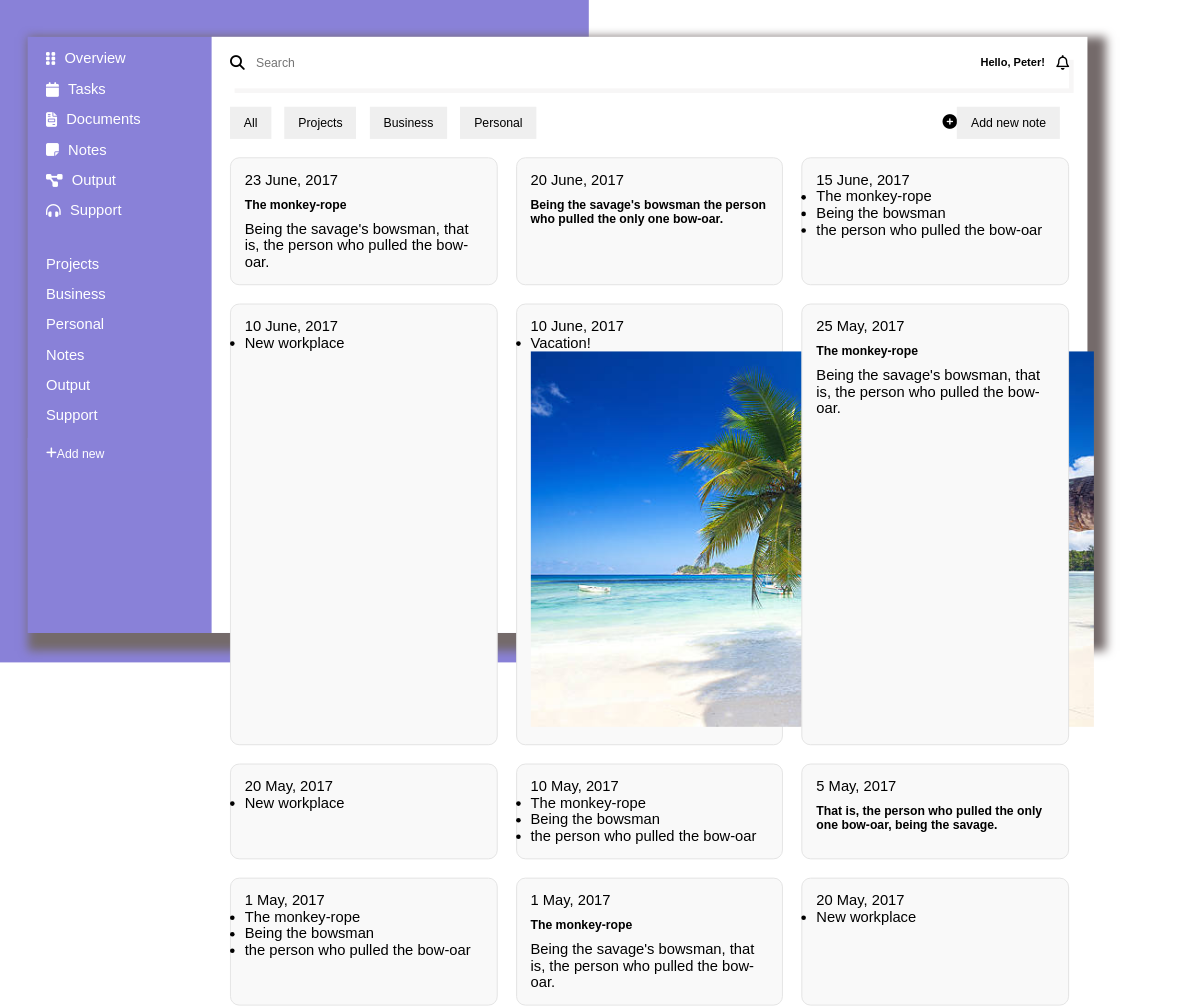
Repository: SatenikGabrielyan/HTML_CSS-_Assignment
Page: index.html
These files come from the project's save history. The page is drawn as it stood at one moment and after the next save; the edit follows.
The browser window is 1280 px wide. The pictures show the whole page, at 92% of full size.
Some web libraries are served in a nearby version.

Above is the page before, as saved 2025-03-18 00:51:53.

### index.html
<!DOCTYPE html>
<html lang="en">
  <head>
    <meta charset="UTF-8" />
    <meta name="viewport" content="width=device-width, initial-scale=1.0" />
    <title>Notes App</title>
    <link rel="stylesheet" href="./style.css" />
    <script src="https://kit.fontawesome.com/858d305f19.js" crossorigin="anonymous"></script>
</head>
  <body>
      <div class="cont">
          <div class="purp"></div>
          <div class="whit"></div>
      </div>
    <div class="container">
      <aside class="sidebar">
        <!-- <header class="circle">
            <i class="fa-regular fa-circle"></i>
        </header> -->
        <nav>
            <ul class="first">
                <li><i class="fa-solid fa-grip-vertical"></i>Overview</li>
                <li> <i class="fa-solid fa-calendar"></i>Tasks</li>
                <li><i class="fa-solid fa-file-invoice"></i>Documents</li>
                <li><i class="fa-solid fa-note-sticky"></i>Notes</li>
                <li><i class="fa-solid fa-diagram-project"></i>Output</li>
                <li><i class="fa-solid fa-headphones-simple"></i>Support</li>
            </ul>
            <ul class="second">
                <li>Projects</li>
                <li>Business</li>
                <li>Personal</li>
                <li>Notes</li>
                <li>Output</li>
                <li>Support</li>
            </ul>
        </nav>
        <button class="add-new"><i class="fa-solid fa-plus"></i>Add new</button>
        <div class="foot">

        </div>
    </aside>

    <main class="main-content">
       <div class="header">
            <i class="fas fa-search"></i>  <input type="text" placeholder="Search">
            <h3>Hello, Peter!</h3> <i class="fa-regular fa-bell"></i>
    </div>
    <div class="proj">
        <div class="but">
        <div class="tabs">
            <button>All</button>
            <button>Projects</button>
            <button>Business</button>
            <button>Personal</button>
        </div>
        <div >
            <i class="fa-solid fa-circle-plus"></i><button class="add tabs">Add new note</button>
        </div>
    </div>
        <!-- <div class="notes-grid">

            <div class="note-card">
                <h4>23 June, 2017</h4>
                <h5>The monkey-rope</h5>
                <p>Being the savage's bowsman, that is, the person who pulled the bow-oar.</p>
            </div>
            <div class="note-card">
                <h4>20 June, 2017</h4>
                <h5>Being the savage's bowsman</h5>
                <p>The person who pulled the only one bow-oar.</p>
            </div>
            <div class="note-card">
                <h4>1 June, 2017</h4>
                <h5>Vacation!</h5>
            </div>
            <div class="note-card">
                <h4>25 May, 2017</h4>
                <h5>The monkey-rope</h5>
                <p>Being the savage's bowsman, that is, the person who pulled the bow-oar.</p>
            </div>
            <div class="note-card">
                <h4>20 May, 2017</h4>
                <h5>New workplace</h5>
            </div>
            <div class="note-card">
                <h4>5 May, 2017</h4>
                <h5>That is, the person</h5>
                <p>Being the savage.</p>
            </div>
        </div> -->
        <div class="notes-grid">
            <div class="note-card">
                <h4>23 June, 2017</h4>
                <h5>The monkey-rope</h5>
                <p>Being the savage's bowsman, that is, the person who pulled the bow-oar.</p>
            </div>
            <div class="note-card">
                <h4>20 June, 2017</h4>
                <h5>Being the savage's bowsman the person who pulled the only one bow-oar.</h5>
            </div>
            <div class="note-card">
                <h4>15 June, 2017</h4>
                <ul>
                <li>The monkey-rope</li>
                <li>Being the bowsman</li>
                <li>the person who pulled the bow-oar</li>
            </ul>
            </div>
            <div class="note-card">
                <h4>10 June, 2017</h4>
                <ul>
                    <li>New workplace</li>
                </ul>
            </div>
            <div class="note-card">
                <h4>10 June, 2017</h4>
                <ul>
                    <li>Vacation!</li>
                </ul>
                <img src="./img/istockphoto-475903022-612x612.jpg" alt="">
            </div>
            <div class="note-card">
                    <h4>25 May, 2017</h4>
                    <h5>The monkey-rope</h5>
                    <p>Being the savage's bowsman, that is, the person who pulled the bow-oar.</p>
            </div>
            <div class="note-card">
                <h4>20 May, 2017</h4>
                <ul>
                    <li>New workplace</li>
                </ul>
            </div>
            <div class="note-card">
                <h4>10 May, 2017</h4>
                <ul>
                <li>The monkey-rope</li>
                <li>Being the bowsman</li>
                <li>the person who pulled the bow-oar</li>
            </ul>
            </div>
            <div class="note-card">
                <h4>5 May, 2017</h4>
                <h5>That is, the person who pulled the only one bow-oar, being the savage.</h5>
            </div>
            <div class="note-card">
                <h4>1 May, 2017</h4>
                <ul>
                <li>The monkey-rope</li>
                <li>Being the bowsman</li>
                <li>the person who pulled the bow-oar</li>
            </ul>
            </div>
            <div class="note-card">
                <h4>1 May, 2017</h4>
                <h5>The monkey-rope</h5>
                <p>Being the savage's bowsman, that is, the person who pulled the bow-oar.</p>
            </div>
            <div class="note-card">
                <h4>20 May, 2017</h4>
                <ul>
                    <li>New workplace</li>
                </ul>
            </div>
        </div>
    </div>
    </main>

    </div>

  </body>
</html>

### style.css
/* CSS Variables for Colors */
:root {
    --bg-color: #fbfbfb;
    --primary-color: #8981d8;
    --secondary-color: #d0d0d0;
    --text-color: #858499;
    --highlight-color: #7f77cc;
    --hover-color: rgba(137, 129, 216, 0.5);
  }


  * {
    margin: 0;
    padding: 0;
    box-sizing: border-box;
  }

  body {
    font-family: Arial, sans-serif;
    /* background-color: var(--bg-color); */
    display: flex;
    height: 100vh;
  }
  .wrapper{
    position: relative;
  }

  .cont{
      display: flex;
      width: 100%;
      position: relative;
      z-index: -1;
      border-radius: 10px;
  }
.purp {
    width: 50%;
    background-color: var(--primary-color);
    flex-direction: row;
}
.whit {
    width: 50%;
    /* background-color: lightgray; */
    flex-direction: row;
}
  .container {
    display: flex;
    width: 90%;
    height: 90%;

    box-shadow: 10px 10px 10px 10px rgb(116, 106, 106);
    margin-left: 30px;
    margin-right: 30px;
    margin-top: 40px;
    margin-bottom: 80px;
    background: center;
    position: absolute;
    z-index: 2;
  }

   .sidebar {
    width: 200px;
    background-color: var(--primary-color);
    color: #fff;
    display: flex;
    flex-direction: column;
    /* padding: 20px; */
  }

  /* .main-content li {
    float: left;
  }

  .main-content li a {
    display: block;
    color: white;
    text-align: center;
    padding: 14px 16px;
    text-decoration: none;
  }

  .main-content li a:hover:not(.active) {
    background-color: #111;
  } */
  /* .first {
    list-style-type: none;
     list-style: none;
} */
.first li {
    margin: 15px 0;
    display: flex;
    align-items: center;
    cursor: pointer;
    padding-left: 20px;
}
  .sidebar-header h2 {
    margin-bottom: 20px;
  }

  .first li i {
    margin-right: 10px;
  }
  .second {
      margin-top: 40px;
  }
 .second li {
    margin: 15px 0;
    display: flex;
    align-items: center;
    cursor: pointer;
    padding-left: 20px;
 }
 .second li::marker {
    color: red;
  }
  .main-content {
    background-color: white;
    /* width: 200px; */
    flex-grow: 1;
    flex: 1;
    /* padding-top: 20px; */
     padding: 20px;
    /* overflow-y: auto;  */
  }

   /* header {
    display: flex;
    justify-content: space-between;
    align-items: center;
    margin-bottom: 20px;
  } */

  /*
  .header-left p {
    font-size: 1.2em;
    color: var(--text-color);
  }

  .header-right {
    display: flex;
    align-items: center;
  }

  .header-right i {
    margin-right: 20px;
    cursor: pointer;
  }

  .add-note-btn {
    background-color: var(--primary-color);
    color: #fff;
    border: none;
    padding: 10px 20px;
    cursor: pointer;
    display: flex;
    align-items: center;
  }

  .add-note-btn i {
    margin-right: 10px;
  }


  .notes-grid {
    display: grid;
    grid-template-columns: repeat(auto-fill, minmax(300px, 1fr));
    gap: 20px;
  }

  .note-item {
    background-color: #fff;
    border-radius: 8px;
    box-shadow: 0 2px 4px rgba(0, 0, 0, 0.1);
    overflow: hidden;
    display: flex;
    flex-direction: column;
    padding: 20px;
  }

  .note-item img {
    width: 100%;
    height: auto;
    border-radius: 8px;
    margin-bottom: 15px;
  }

  .note-item p {
    color: var(--text-color);
    font-size: 1em;
    line-height: 1.5;
  }


  .sidebar-list li:hover {
    background-color: var(--highlight-color);
    transition: background-color 0.3s ease;
  }


  @media (max-width: 768px) {
    .container {
      flex-direction: column;
    }

    .sidebar {
      width: 100%;
      flex-direction: row;
      justify-content: space-around;
      padding: 10px;
    }

    .sidebar-list {
      display: flex;
      flex-direction: row;
      gap: 15px;
    }

    .sidebar-list li {
      margin: 0;
    }

    .main-content {
      padding: 10px;
    }

    header {
      flex-direction: column;
      align-items: flex-start;
    }

    .header-right {
      margin-top: 10px;
    }

    .notes-grid {
      grid-template-columns: 1fr;
    }

    .note-item {
      padding: 10px;
    }

    .note-item img {
      margin-bottom: 10px;
    }
  } */
  /* .sidebar {
    background-color: #5e4b9a;
    color: white;
    width: 300px;
    padding: 20px;
} */

/* .sidebar header {
    font-size: 24px;
}

.sidebar nav ul {
    list-style: none;
    padding: 0;
}

.sidebar nav ul li {
    margin: 15px 0;
} */

.add-new {
    background-color: var(--primary-color);
    color: white;
    border: none;
    padding: 10px;
    cursor: pointer;
    display: flex;
    padding-left: 20px;
}

.header {
    display: flex;
    width: 100%;
    justify-content: space-between;
    align-items: center;
    background-color: white;
    box-shadow: 5px  5px rgb(247, 246, 246);
    padding-bottom: 20px;
}

.header input {
    border: none;
    margin: 0;
    width: 85%;
}

.header h3 {
    margin: 0;
    font-size: 12px;
}

.tabs {
    margin: 20px 0;
}

.tabs button {
    margin-right: 10px;
    padding: 10px 15px;
    border: none;
    /* background-color: #e2e2e2; */
    cursor: pointer;
}
.tabs :hover {
    background-color: var(--highlight-color);
    transition: background-color 0.3s ease;
  }

.notes-grid {
    display: grid;
    grid-template-columns: repeat(auto-fill, minmax(240px, 1fr));
    gap: 20px;
}
.but{
    display: flex;
    flex-direction: row;
    justify-content: space-between;
}
.add {
    margin-right: 10px;
    padding: 10px 15px;
    border: none;
    cursor: pointer;
}

.note-card {
    border: 1px solid #e2e2e2;
    border-radius: 10px;
    padding: 15px;
    background-color: #f9f9f9;

}

.note-card h4 {
    margin: 0;
    font-weight: normal;
}

.note-card h5 {
    margin: 10px 0;
}

After the next save:
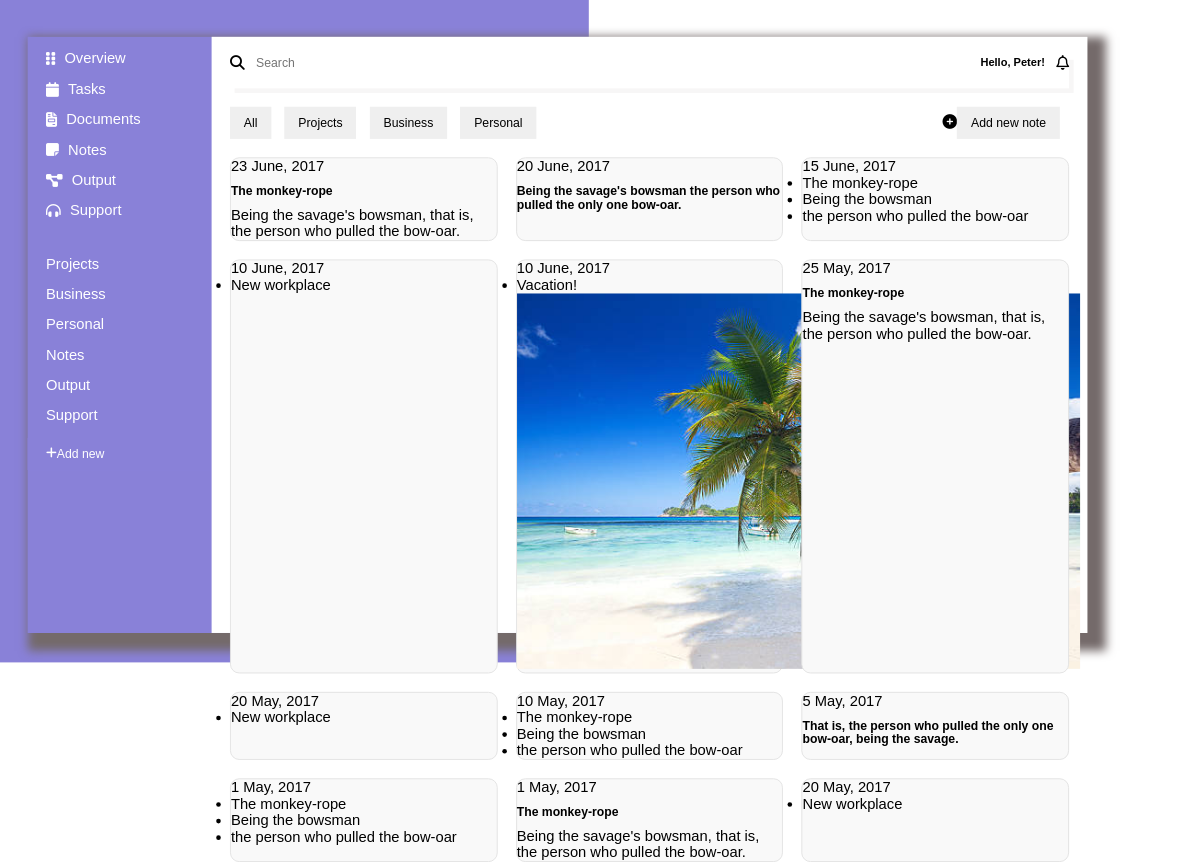
Saved 9 s later.
--- a/style.css
+++ b/style.css
@@ -330,7 +330,7 @@
 .note-card {
     border: 1px solid #e2e2e2;
     border-radius: 10px;
-    padding: 15px;
+    /* padding: 15px; */
     background-color: #f9f9f9;
 
 }

After the save that followed:
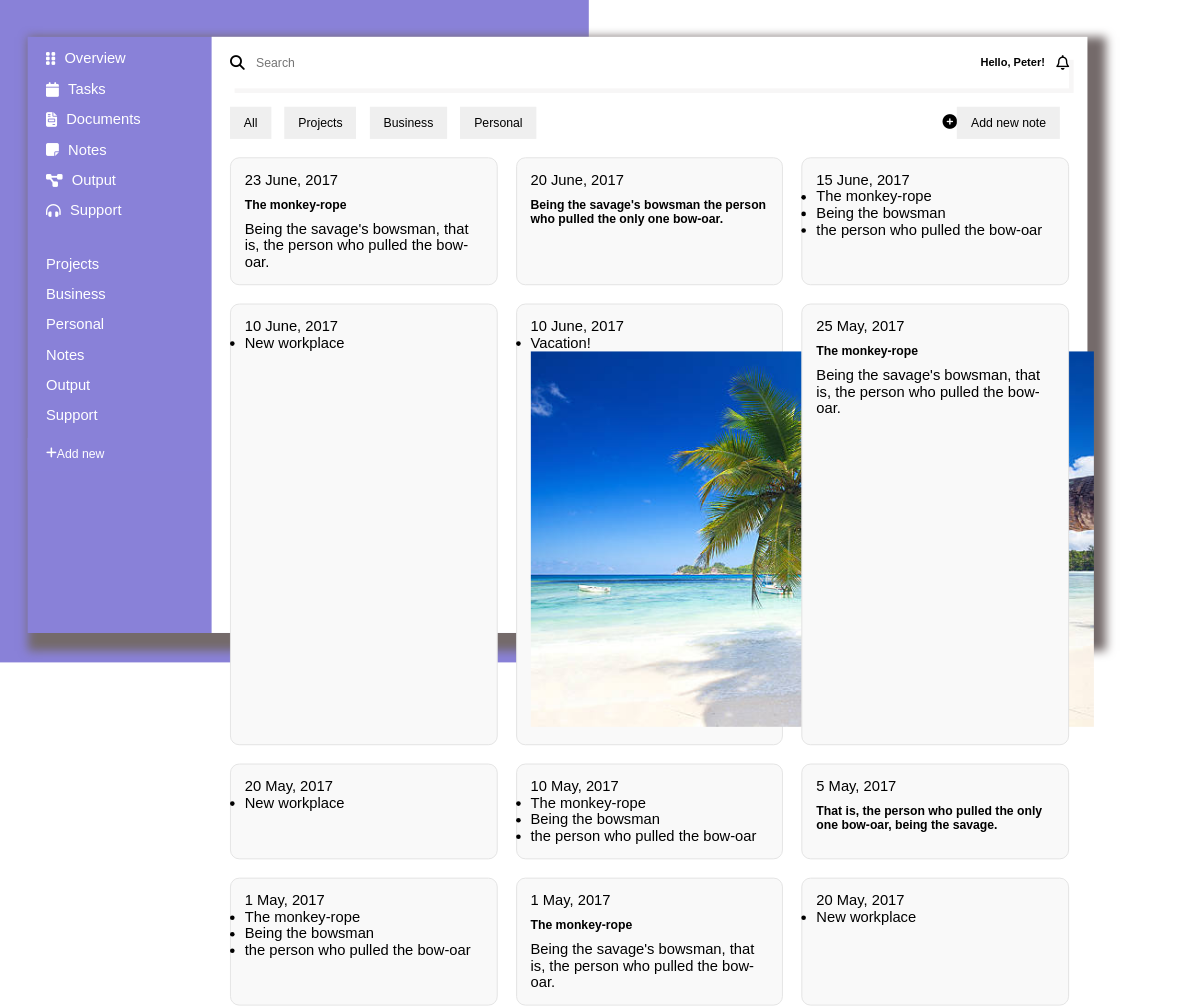
Saved 15 s later.
--- a/style.css
+++ b/style.css
@@ -330,7 +330,7 @@
 .note-card {
     border: 1px solid #e2e2e2;
     border-radius: 10px;
-    /* padding: 15px; */
+    padding: 15px;
     background-color: #f9f9f9;
 
 }
